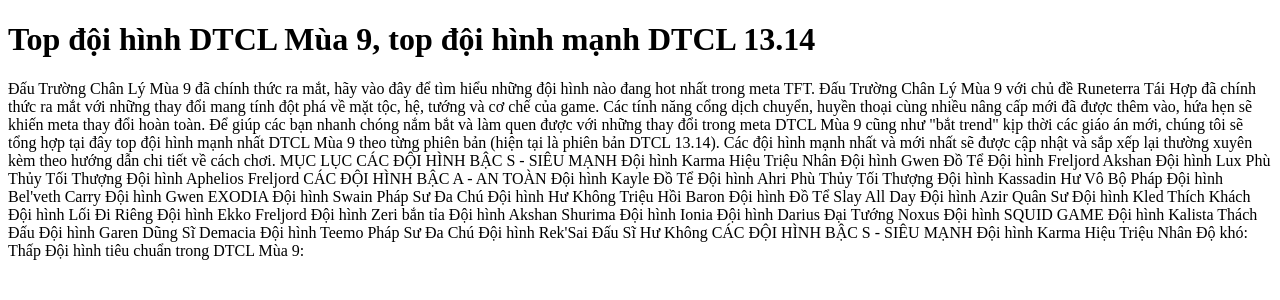
Repository: TUAN-DAT1/hoc-HTML
Page: tuandat17/index.html
These files come from the project's save history. The page is drawn as it stood at one moment and after the next save; the edit follows.
The browser window is 1280 px wide. The pictures show the whole page.

Above is the page before, as saved 2023-07-20 03:53:02.

After the next save:
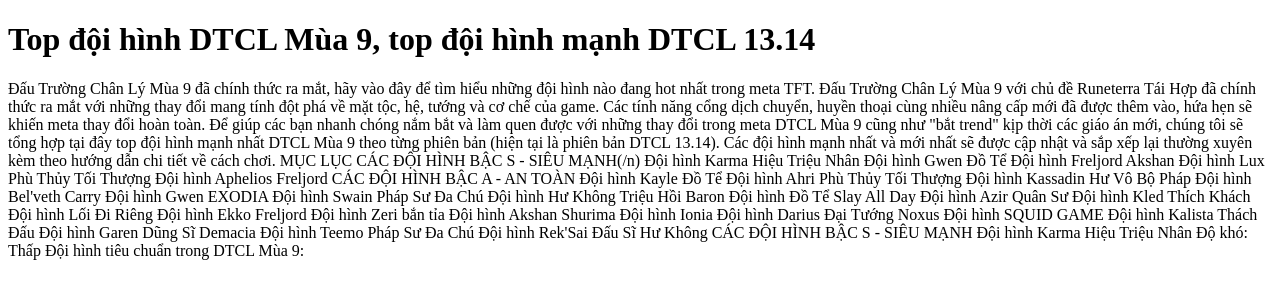
Saved 9 min 21 s later.
--- a/tuandat17/index.html
+++ b/tuandat17/index.html
@@ -18,7 +18,8 @@
                 Để giúp các bạn nhanh chóng nắm bắt và làm quen được với những thay đổi trong meta DTCL Mùa 9 cũng như "bắt trend" kịp thời các giáo án mới, chúng tôi sẽ tổng hợp tại đây top đội hình mạnh nhất DTCL Mùa 9 theo từng phiên bản (hiện tại là phiên bản DTCL 13.14). Các đội hình mạnh nhất và mới nhất sẽ được cập nhật và sắp xếp lại thường xuyên kèm theo hướng dẫn chi tiết về cách chơi.
 
                 MỤC LỤC
-                CÁC ĐỘI HÌNH BẬC S - SIÊU MẠNH
+                CÁC ĐỘI HÌNH BẬC S - SIÊU MẠNH(/n)
+
                 Đội hình Karma Hiệu Triệu Nhân
                 Đội hình Gwen Đồ Tể
                 Đội hình Freljord Akshan
